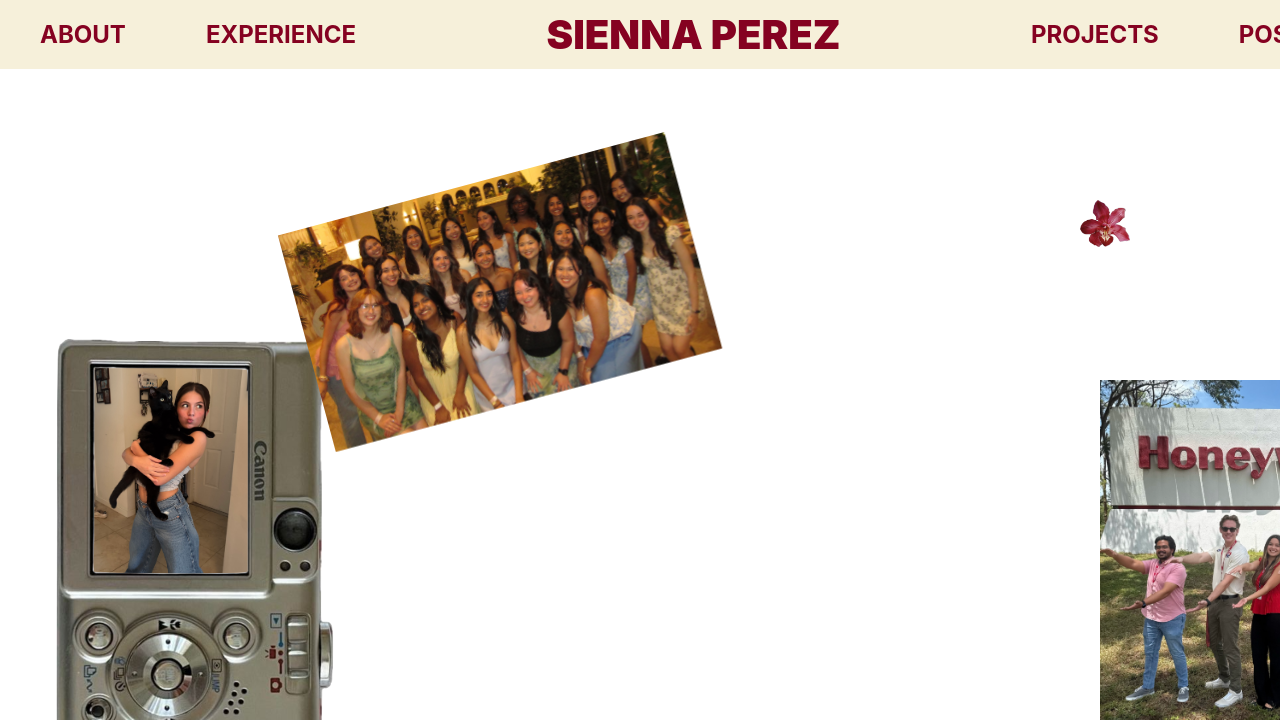
Repository: siennaperez/siennaperezweb
Page: /
An editor plug-in stored every save of this project. The page is shown before and after the next save, followed by the edit.
The browser window is 1280 px wide. The pictures show the whole page.
The project was rebuilt for these pictures with package versions that can differ from the ones it lists, and the page was loaded fresh each time. Also part of the build but not shown: src/pages/About.css, src/pages/About.js, src/pages/Experience.css, src/pages/Experience.js.

Above is the page before, as saved 2025-09-24 13:00:11.

After the next save:
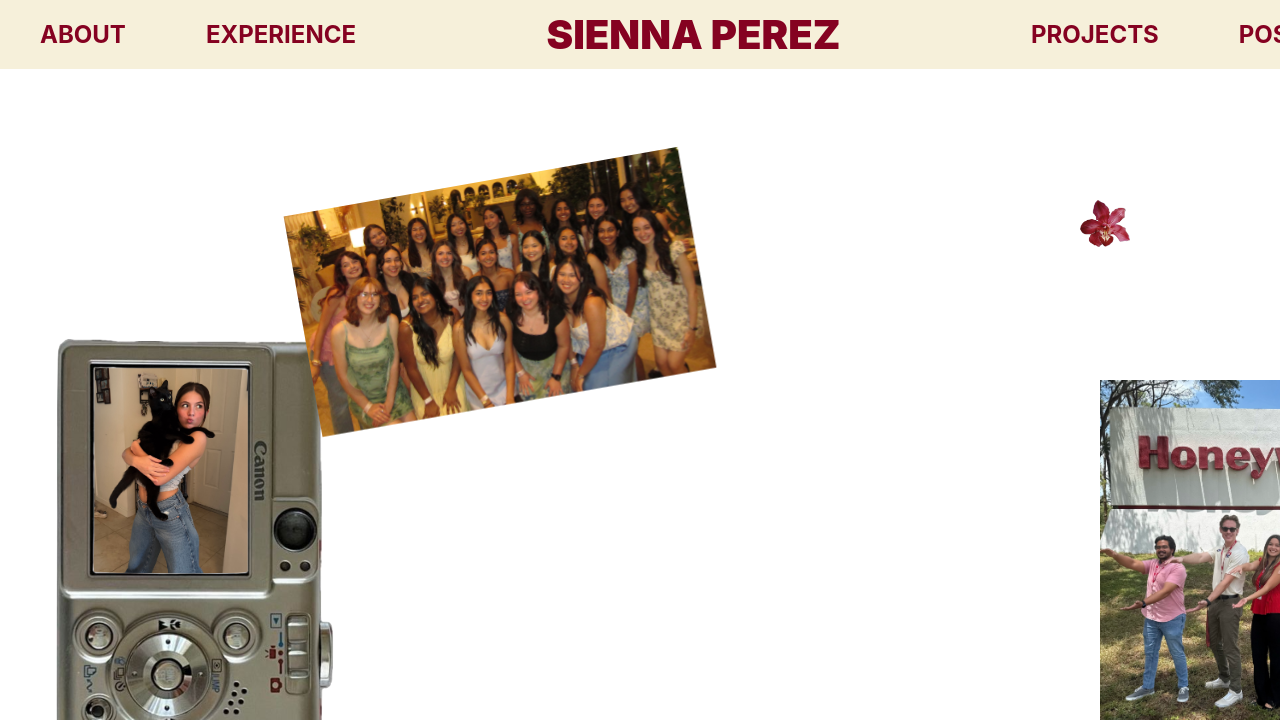
Saved 24 s later.
--- a/src/pages/Home.css
+++ b/src/pages/Home.css
@@ -62,5 +62,5 @@
   top: 180px;
   left: 300px;
   width: 400px;
-  transform: rotate(-15deg);
+  transform: rotate(-10deg);
 }
